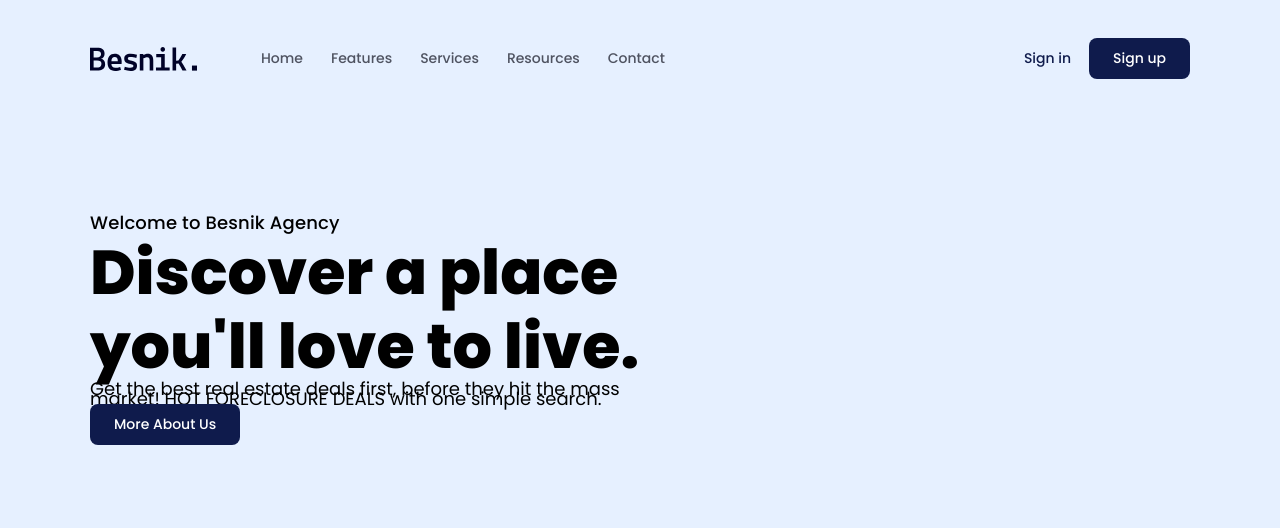
Repository: ducvui2003/f8-project-01
Page: index.html
An editor plug-in stored every save of this project. The page is shown before and after the next save, followed by the edit.
The browser window is 1280 px wide. The pictures show the whole page.

Above is the page before, as saved 2023-06-16 19:45:41.

### index.html
<!DOCTYPE html>
<html lang="en">

<head>
    <meta charset="UTF-8">
    <meta name="viewport" content="width=device-width, initial-scale=1.0">
    <title>f8-procject-01</title>

    <link rel="stylesheet" href="./asset/css/reset.css">
    <link rel="stylesheet" href="./asset/font/stylesheet.css">
    <link rel="stylesheet" href="./asset/css/styles.css">
</head>

<body>
    <main>
        <!-- Header -->
        <header class="header">
            <div class="content">
                <!--  -->
                <nav class="nav">
                    <!-- Logo -->
                    <img src="./asset/img/logo.svg" alt="">

                    <!-- Navigation -->
                    <ul>
                        <li><a href="">Home</a></li>
                        <li><a href="">Features</a></li>
                        <li><a href="">Services</a></li>
                        <li><a href="">Resources</a></li>
                        <li><a href="">Contact</a></li>
                    </ul>

                    <!-- Action -->
                    <div class="actions">
                        <a href="#!" class="action-link">Sign in</a>
                        <a href="#!" class="btn action-btn">Sign up</a>
                    </div>
                </nav>
                <div class="hero">
                    <div class="info">
                        <p class="sub-title">Welcome to Besnik Agency</p>
                        <h1 class="title">Discover a place
                            you'll love to live.</h1>
                        <p class="desc">Get the best real estate deals first,
                            before they hit the mass market! HOT FORECLOSURE DEALS with one simple
                            search.</p>
                        <a href="#!" class="btn">More About Us</a>
                    </div>
                </div>
            </div>
        </header>

    </main>
</body>

</main>

</html>

### asset/font/stylesheet.css
/* =======Poppins font=========== */
@font-face {
  font-family: "Poppins";
  src: url("Poppins/Poppins-Black.woff2") format("woff2"),
    url("Poppins/Poppins-Black.woff") format("woff");
  font-weight: 900;
  font-style: normal;
  font-display: swap;
}

@font-face {
  font-family: "Poppins";
  src: url("Poppins/Poppins-BlackItalic.woff2") format("woff2"),
    url("Poppins/Poppins-BlackItalic.woff") format("woff");
  font-weight: 900;
  font-style: italic;
  font-display: swap;
}

@font-face {
  font-family: "Poppins";
  src: url("Poppins/Poppins-Bold.woff2") format("woff2"),
    url("Poppins/Poppins-Bold.woff") format("woff");
  font-weight: bold;
  font-style: normal;
  font-display: swap;
}

@font-face {
  font-family: "Poppins";
  src: url("Poppins/Poppins-BoldItalic.woff2") format("woff2"),
    url("Poppins/Poppins-BoldItalic.woff") format("woff");
  font-weight: bold;
  font-style: italic;
  font-display: swap;
}

@font-face {
  font-family: "Poppins";
  src: url("Poppins/Poppins-ExtraBold.woff2") format("woff2"),
    url("Poppins/Poppins-ExtraBold.woff") format("woff");
  font-weight: bold;
  font-style: normal;
  font-display: swap;
}

@font-face {
  font-family: "Poppins";
  src: url("Poppins/Poppins-ExtraBoldItalic.woff2") format("woff2"),
    url("Poppins/Poppins-ExtraBoldItalic.woff") format("woff");
  font-weight: bold;
  font-style: italic;
  font-display: swap;
}

@font-face {
  font-family: "Poppins";
  src: url("Poppins/Poppins-ExtraLight.woff2") format("woff2"),
    url("Poppins/Poppins-ExtraLight.woff") format("woff");
  font-weight: 200;
  font-style: normal;
  font-display: swap;
}

@font-face {
  font-family: "Poppins";
  src: url("Poppins/Poppins-ExtraLightItalic.woff2") format("woff2"),
    url("Poppins/Poppins-ExtraLightItalic.woff") format("woff");
  font-weight: 200;
  font-style: italic;
  font-display: swap;
}

@font-face {
  font-family: "Poppins";
  src: url("Poppins/Poppins-Italic.woff2") format("woff2"),
    url("Poppins/Poppins-Italic.woff") format("woff");
  font-weight: normal;
  font-style: italic;
  font-display: swap;
}

@font-face {
  font-family: "Poppins";
  src: url("Poppins/Poppins-Light.woff2") format("woff2"),
    url("Poppins/Poppins-Light.woff") format("woff");
  font-weight: 300;
  font-style: normal;
  font-display: swap;
}

@font-face {
  font-family: "Poppins";
  src: url("Poppins/Poppins-LightItalic.woff2") format("woff2"),
    url("Poppins/Poppins-LightItalic.woff") format("woff");
  font-weight: 300;
  font-style: italic;
  font-display: swap;
}

@font-face {
  font-family: "Poppins";
  src: url("Poppins/Poppins-Medium.woff2") format("woff2"),
    url("Poppins/Poppins-Medium.woff") format("woff");
  font-weight: 500;
  font-style: normal;
  font-display: swap;
}

@font-face {
  font-family: "Poppins";
  src: url("Poppins/Poppins-MediumItalic.woff2") format("woff2"),
    url("Poppins/Poppins-MediumItalic.woff") format("woff");
  font-weight: 500;
  font-style: italic;
  font-display: swap;
}

@font-face {
  font-family: "Poppins";
  src: url("Poppins/Poppins-SemiBold.woff2") format("woff2"),
    url("Poppins/Poppins-SemiBold.woff") format("woff");
  font-weight: 600;
  font-style: normal;
  font-display: swap;
}

@font-face {
  font-family: "Poppins";
  src: url("Poppins/Poppins-Regular.woff2") format("woff2"),
    url("Poppins/Poppins-Regular.woff") format("woff");
  font-weight: normal;
  font-style: normal;
  font-display: swap;
}

@font-face {
  font-family: "Poppins";
  src: url("Poppins/Poppins-SemiBoldItalic.woff2") format("woff2"),
    url("Poppins/Poppins-SemiBoldItalic.woff") format("woff");
  font-weight: 600;
  font-style: italic;
  font-display: swap;
}

@font-face {
  font-family: "Poppins";
  src: url("Poppins/Poppins-Thin.woff2") format("woff2"),
    url("Poppins/Poppins-Thin.woff") format("woff");
  font-weight: 100;
  font-style: normal;
  font-display: swap;
}

@font-face {
  font-family: "Poppins";
  src: url("Poppins/Poppins-ThinItalic.woff2") format("woff2"),
    url("Poppins/Poppins-ThinItalic.woff") format("woff");
  font-weight: 100;
  font-style: italic;
  font-display: swap;
}

### asset/css/styles.css
* {
  box-sizing: border-box;
}
html {
  font-size: 62.5%;
}
body {
  font-size: 1.6rem;
  font-family: "Poppins";
}
:root {
  --primary-color: #0f1b4c;
}
/* Common */
a {
  text-decoration: none;
}
.content {
  width: 1100px;
  max-width: calc(100% - 48px);
  margin-left: auto;
  margin-right: auto;
}

.btn {
  min-width: 98px;
  background-color: var(--primary-color);
  border-radius: 0.8rem;
  padding: 10px 24px;
  color: white;
  font-style: normal;
  font-weight: 500;
  font-size: 1.4rem;
  line-height: 2.1rem;
  display: inline-block;
}
.btn:hover {
  opacity: 0.9;
}
/* Header */
.header {
  height: 100vh;
  background-color: #e6f0ff;
}

.header .nav {
  display: flex;
  align-items: center;
  padding-top: 38px;
}
.header .nav ul {
  margin-left: 50px;
  margin-right: auto;

  display: flex;
  justify-content: space-between;
}

.header .nav ul a {
  color: #4f5361;
  padding: 8px 14px;
  /* Padding in tag inline block  */
}
.header .nav ul a:hover {
  text-decoration: underline;
}
.header .nav a {
  font-weight: 500;
  font-size: 1.4rem;
  line-height: 2.1rem;
}
.header .nav .actions {
  display: flex;
  justify-content: center;
  align-items: center;
  gap: 1.8rem;
}
.header .nav .action-link {
  color: var(--primary-color);
}
.hero {
  margin-top: 130px;
}
.hero .info {
  width: 51%;
}
.hero .sub-title {
  font-style: normal;
  font-weight: 500;
  font-size: 1.8rem;
  line-height: 1.5;
  letter-spacing: 0.01em;
}

.hero .title {
  font-style: normal;
  font-weight: 700;
  font-size: 6.2rem;
  line-height: 1.19;
}
.hero .desc {
  font-style: normal;
  font-weight: 400;
  font-size: 1.8rem;
  line-height: 0.5625;
}

Loaded but not shown: asset/css/reset.css (common file)

After the next save:
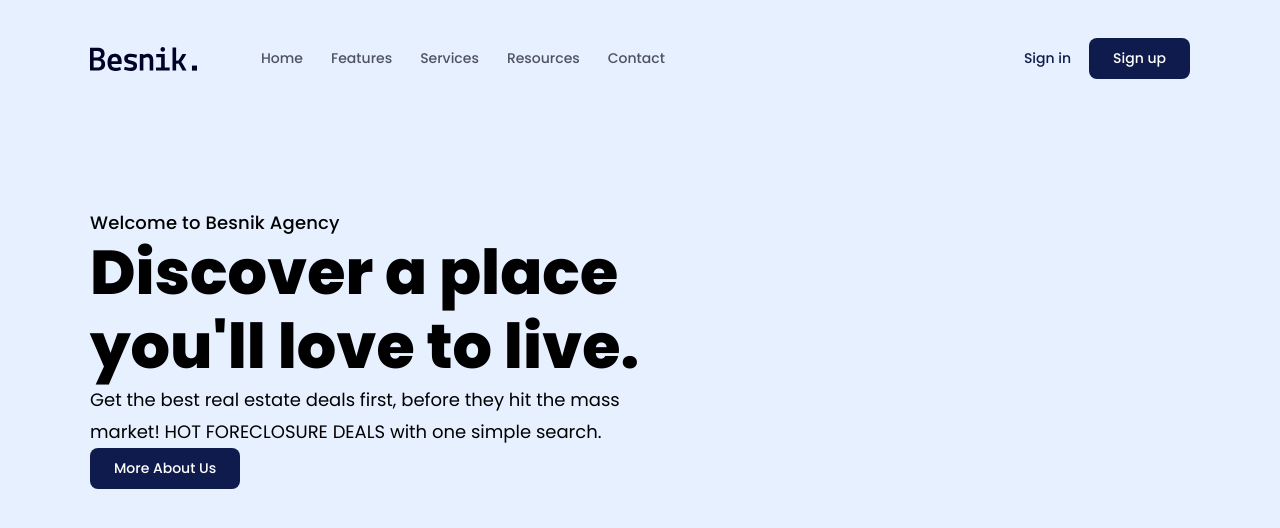
Saved 19 s later.
--- a/asset/css/styles.css
+++ b/asset/css/styles.css
@@ -102,5 +102,5 @@
   font-style: normal;
   font-weight: 400;
   font-size: 1.8rem;
-  line-height: 0.5625;
+  line-height: 1.78;
 }
